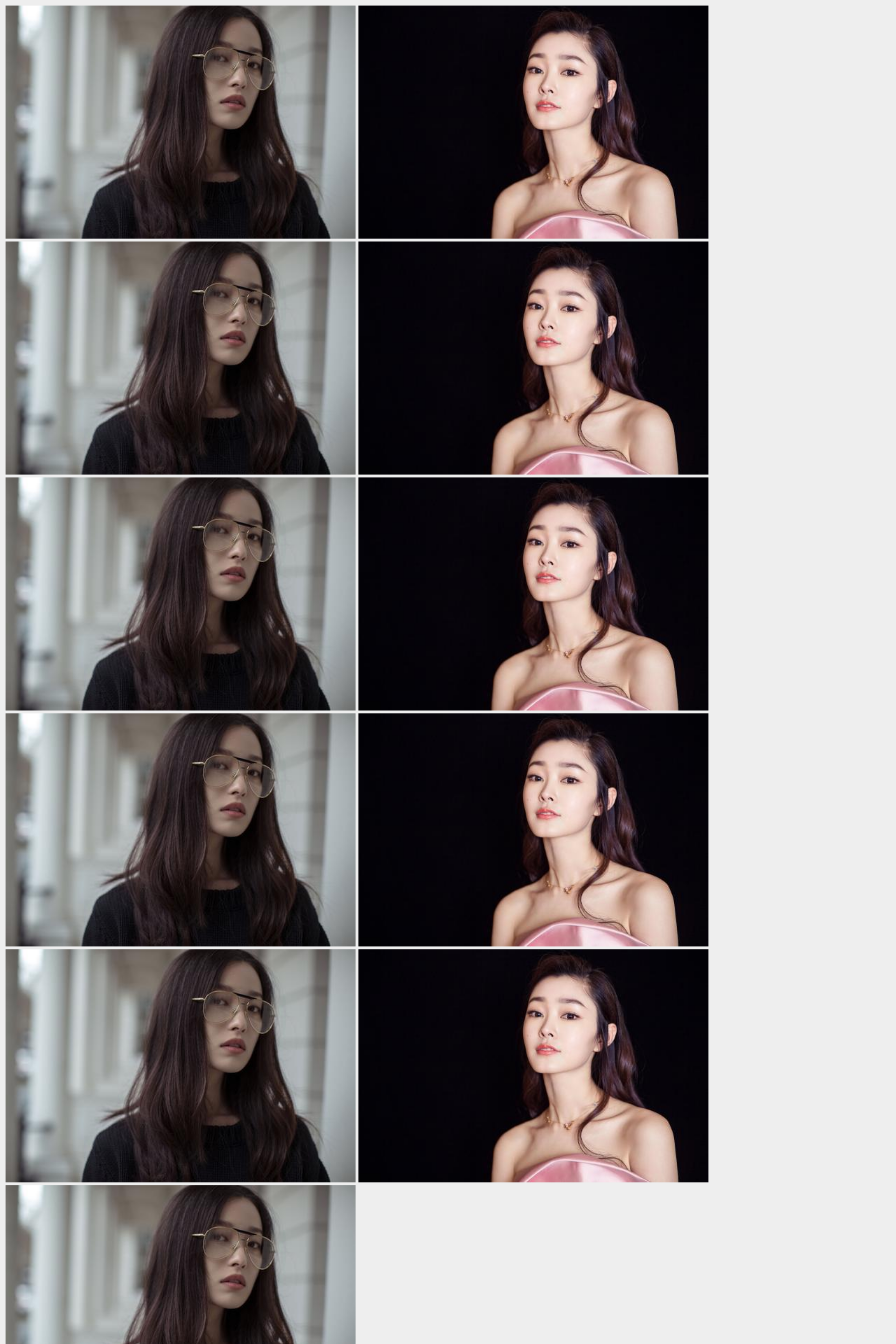
Repository: Germtao/Web
Page: web_css/css3_动画案例.html
These files come from the project's save history. The page is drawn as it stood at one moment and after the next save; the edit follows.
The browser window is 1280 px wide. The pictures show the part of the page from y = 0 to 1920 px (the page is 2038 px tall before and 3807 px after), at 70% of full size.

Above is the page before, as saved 2020-11-03 11:06:28.

### web_css/css3_动画案例.html
<!DOCTYPE html>
<html lang="en">

<head>
  <meta charset="UTF-8">
  <meta name="viewport" content="width=device-width, initial-scale=1.0">
  <title>CSS3-动画案例</title>

  <!-- 1. 🚀 -->
  <!-- <style>
    html,
    body {
      height: 100%;
    }

    body {
      background-color: #DE8910;
    }

    .rocket {
      position: absolute;
      left: 100px;
      top: 600px;
      height: 120px;
      transform: translate(-200px, 200px) rotate(45deg);
      transition: all 1s ease-in;
    }

    body:hover .rocket {
      transform: translate(500px, -500px) rotate(45deg);
    }
  </style> -->

  <!-- 2. 卡片旋转 -->
  <style>
    body {
      background-color: #eee;
    }
  </style>
</head>

<body>
  <!-- 1. 🚀 -->
  <!-- <img class="rocket" src="img/rocket.png" alt=""> -->

  <!-- 2. 卡片旋转 -->
  <div class="box">
    <img src="img/倪妮.jpg" alt="">
    <img src="img/宋轶.jpeg" alt="">
    <img src="img/倪妮.jpg" alt="">
    <img src="img/宋轶.jpeg" alt="">
    <img src="img/倪妮.jpg" alt="">
    <img src="img/宋轶.jpeg" alt="">
    <img src="img/倪妮.jpg" alt="">
    <img src="img/宋轶.jpeg" alt="">
    <img src="img/倪妮.jpg" alt="">
    <img src="img/宋轶.jpeg" alt="">
    <img src="img/倪妮.jpg" alt="">
  </div>
</body>

</html>

After the next save:
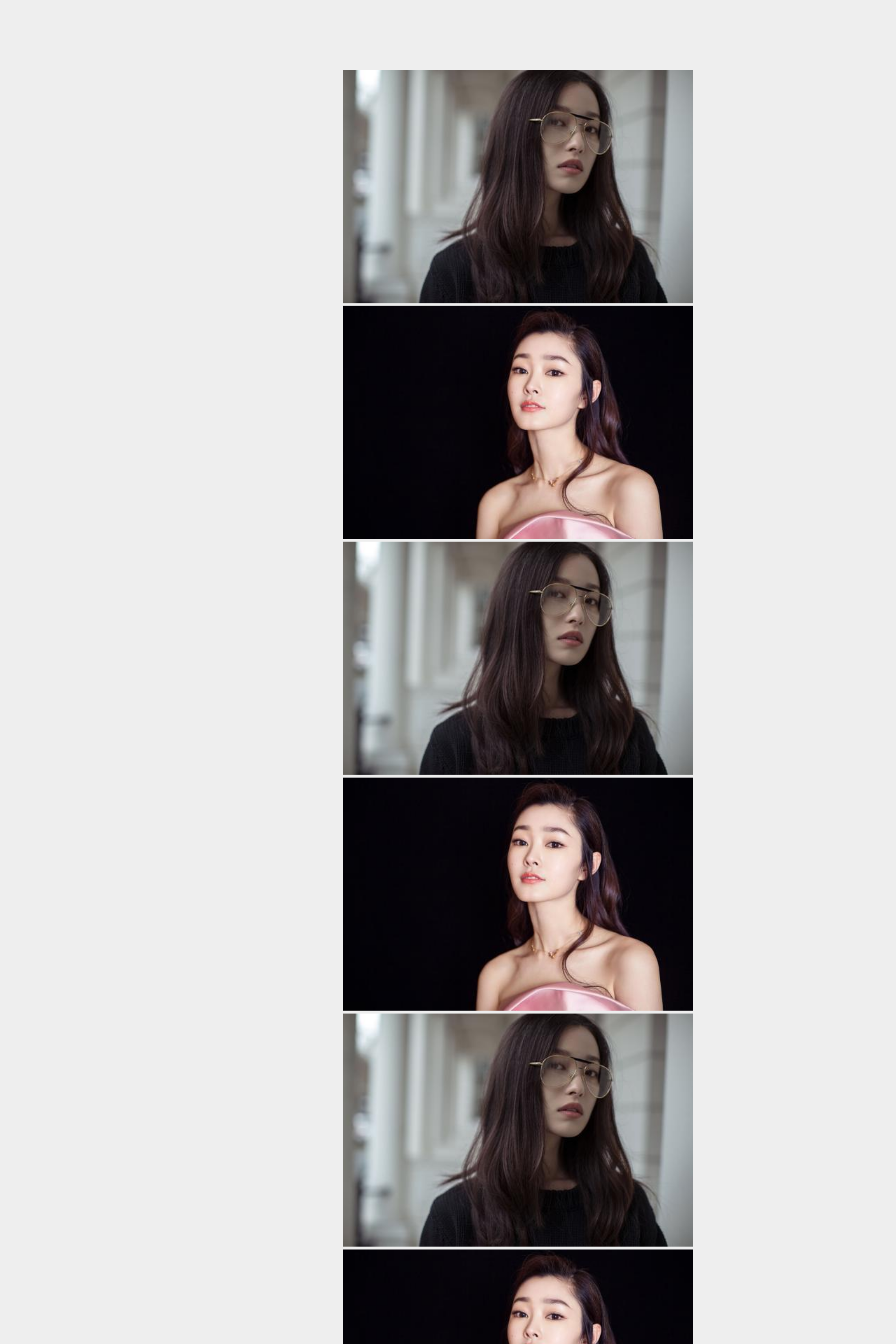
Saved 74 s later.
--- a/web_css/css3_动画案例.html
+++ b/web_css/css3_动画案例.html
@@ -36,6 +36,13 @@
     body {
       background-color: #eee;
     }
+
+    .box {
+      width: 300px;
+      height: 440px;
+      margin: 100px auto;
+      position: relative;
+    }
   </style>
 </head>
 
